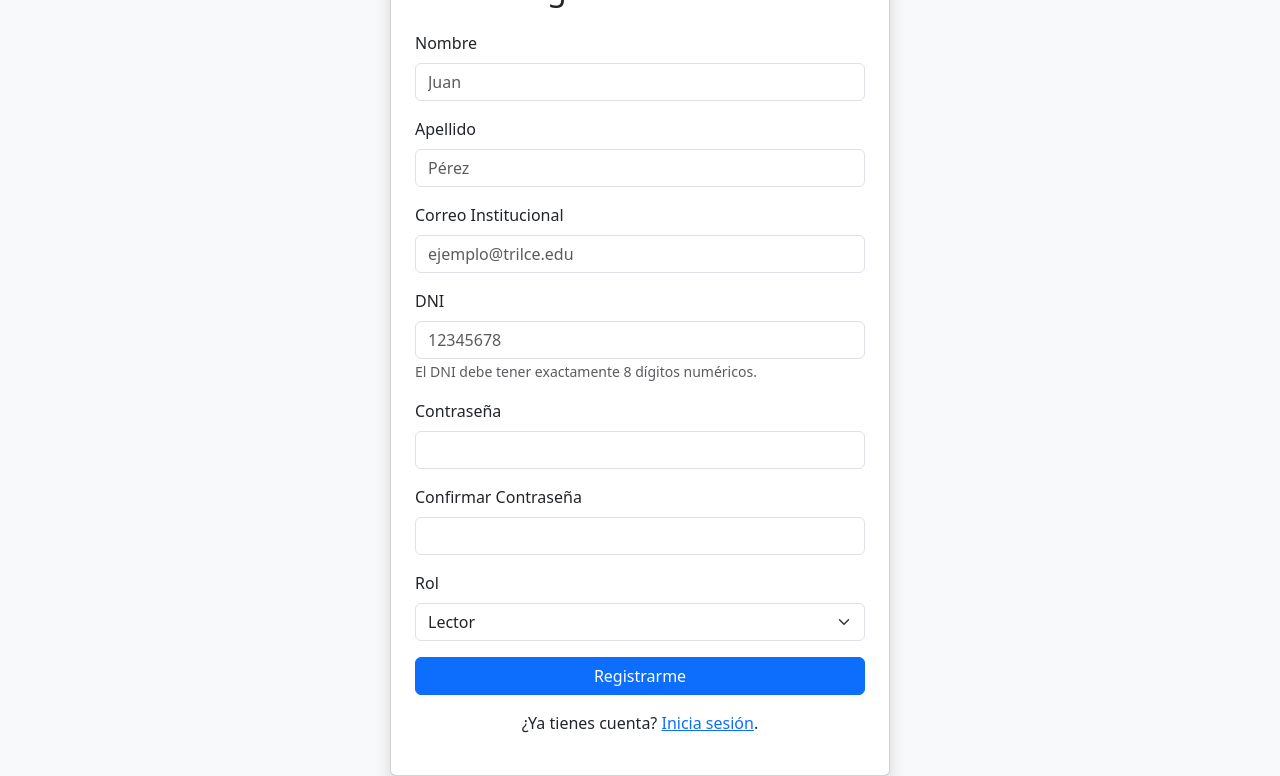
Repository: maycky02/Bibloteca_integrador
Page: http://localhost/registrarme
The author's editor kept a copy of each file at every save. The page is drawn from the files as they stood at one save, then again after the next save.
The browser window is 1280 px wide. The pictures show the whole page.
The page is this project's Thymeleaf template; nobody is signed in. The template is opened directly, without the code that normally fills it, so the values that code supplies are empty.

Above is the page before, as saved 2024-12-03 21:23:06.

### Bibloteca/src/main/resources/templates/registrarme.html
<!DOCTYPE html>
<html lang="es">
<head>
    <meta charset="UTF-8">
    <meta name="viewport" content="width=device-width, initial-scale=1.0">
    <title>Registrar Usuario</title>
    <link href="https://cdn.jsdelivr.net/npm/bootstrap@5.3.0/dist/css/bootstrap.min.css" rel="stylesheet">
</head>
<body class="bg-light">
    <div class="container d-flex align-items-center justify-content-center" style="height: 100vh;">
        <div class="card p-4 shadow" style="width: 500px;">
            <h2 class="text-center mb-4">Registrar Usuario</h2>
            <!-- Mostrar mensaje de éxito o error -->
            <div th:if="${mensaje}" class="alert alert-success" role="alert">
                <p th:text="${mensaje}"></p>
            </div>
            <div th:if="${error}" class="alert alert-danger" role="alert">
                <p th:text="${error}"></p>
            </div>
            <form action="/registrarme" method="post">
                <!-- Campo para el nombre -->
                <div class="mb-3">
                    <label for="nombre" class="form-label">Nombre</label>
                    <input type="text" class="form-control" id="nombre" name="nombre" placeholder="Juan" required>
                </div>
                <!-- Campo para el apellido -->
                <div class="mb-3">
                    <label for="apellido" class="form-label">Apellido</label>
                    <input type="text" class="form-control" id="apellido" name="apellido" placeholder="Pérez" required>
                </div>
                <!-- Campo para el correo -->
                <div class="mb-3">
                    <label for="correo" class="form-label">Correo Institucional</label>
                    <input type="email" class="form-control" id="correo" name="correo" placeholder="ejemplo@trilce.edu" required>
                </div>
                <!-- Campo para el DNI (validado para 8 dígitos numéricos) -->
                <div class="mb-3">
                    <label for="dni" class="form-label">DNI</label>
                    <input type="text" class="form-control" id="dni" name="dni" pattern="^\d{8}$" maxlength="8" placeholder="12345678" required>
                    <small class="form-text text-muted">El DNI debe tener exactamente 8 dígitos numéricos.</small>
                </div>
                <!-- Campo para la contraseña -->
                <div class="mb-3">
                    <label for="contraseña" class="form-label">Contraseña</label>
                    <input type="password" class="form-control" id="contraseña" name="contraseña" required>
                </div>
                <!-- Campo para confirmar la contraseña -->
                <div class="mb-3">
                    <label for="confirmarContraseña" class="form-label">Confirmar Contraseña</label>
                    <input type="password" class="form-control" id="confirmarContraseña" name="confirmarContraseña" required>
                </div>
                <!-- Campo para el rol -->
                <div class="mb-3">
                    <label for="rol" class="form-label">Rol</label>
                    <select class="form-select" id="rol" name="rol" required>
                        <option value="LECTOR">Lector</option>
                    </select>
                </div>
                <!-- Botón de registro -->
                <button type="submit" class="btn btn-primary w-100">Registrarme</button>
                <p class="mt-3 text-center">
                    ¿Ya tienes cuenta? <a href="/login">Inicia sesión</a>.
                </p>
            </form>
        </div>
    </div>
</body>
</html>

After the next save:
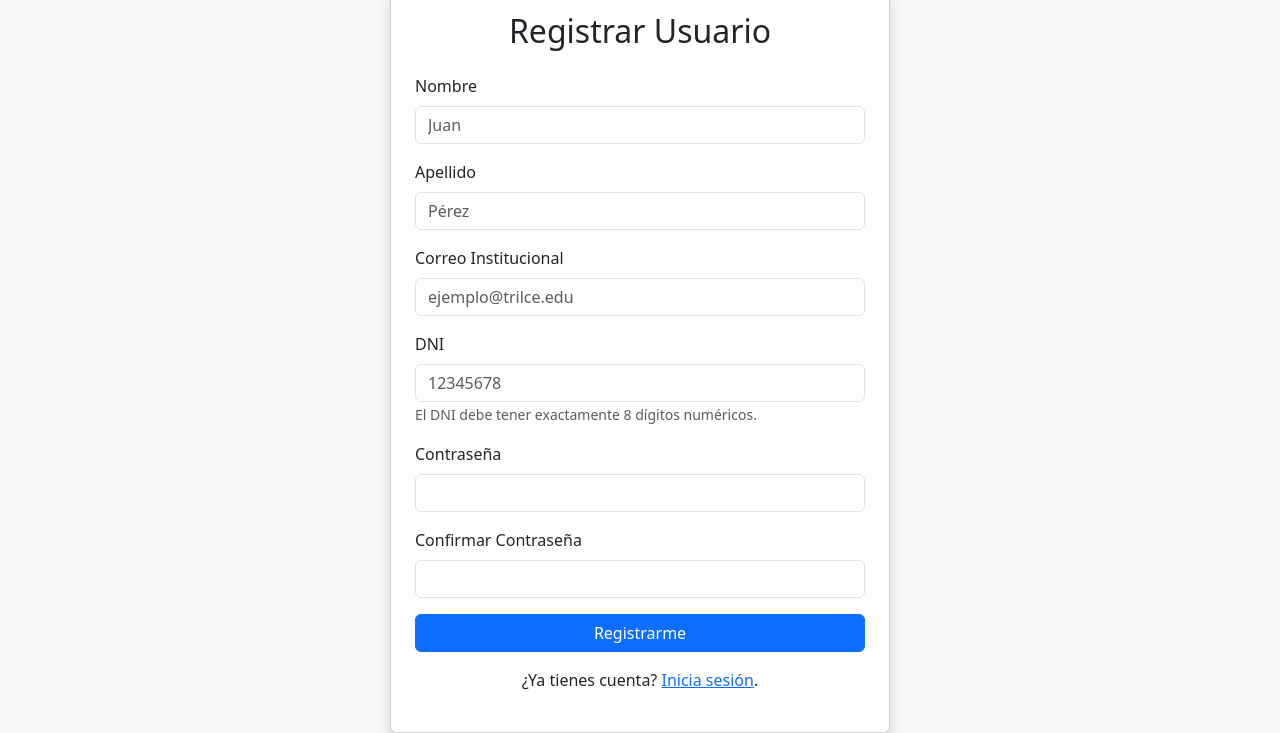
Saved 47 s later.
--- a/Bibloteca/src/main/resources/templates/registrarme.html
+++ b/Bibloteca/src/main/resources/templates/registrarme.html
@@ -49,13 +49,7 @@
                     <label for="confirmarContraseña" class="form-label">Confirmar Contraseña</label>
                     <input type="password" class="form-control" id="confirmarContraseña" name="confirmarContraseña" required>
                 </div>
-                <!-- Campo para el rol -->
-                <div class="mb-3">
-                    <label for="rol" class="form-label">Rol</label>
-                    <select class="form-select" id="rol" name="rol" required>
-                        <option value="LECTOR">Lector</option>
-                    </select>
-                </div>
+
                 <!-- Botón de registro -->
                 <button type="submit" class="btn btn-primary w-100">Registrarme</button>
                 <p class="mt-3 text-center">
